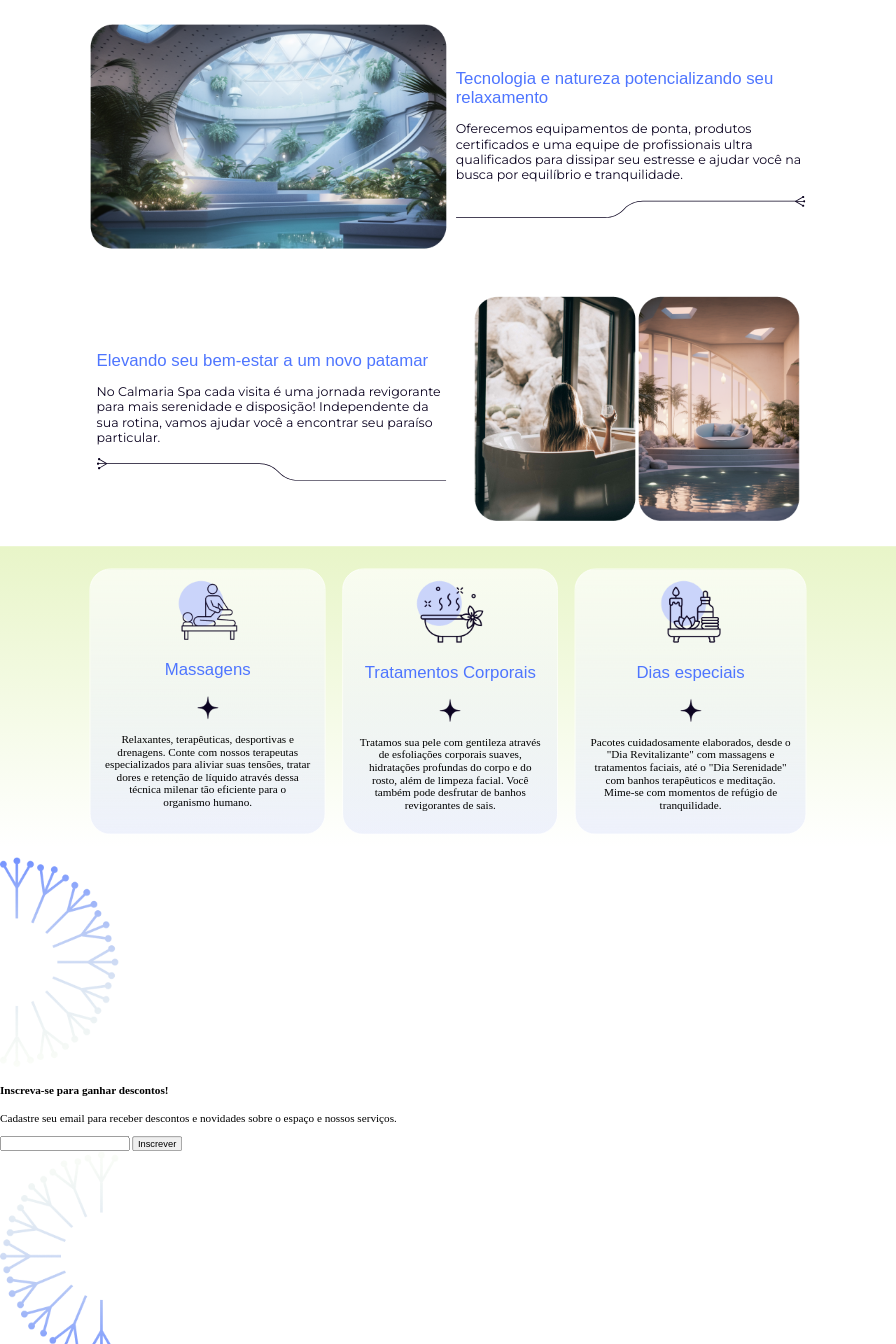
Repository: joaoPraiaJunior/curso-sass
Page: index.html
These files come from the project's save history. The page is drawn as it stood at one moment and after the next save; the edit follows.
The browser window is 1280 px wide. The pictures show the part of the page from y = 815 to 2735 px (the page is 3401 px tall), at 70% of full size.
Some web fonts or font styles are not loaded; a fallback is used. The style sheet was rebuilt from its Sass, Less or Tailwind sources for each picture, by a compiler version that may differ from the author's.

Above is the page before, as saved 2024-07-06 17:29:39.

After the next save:
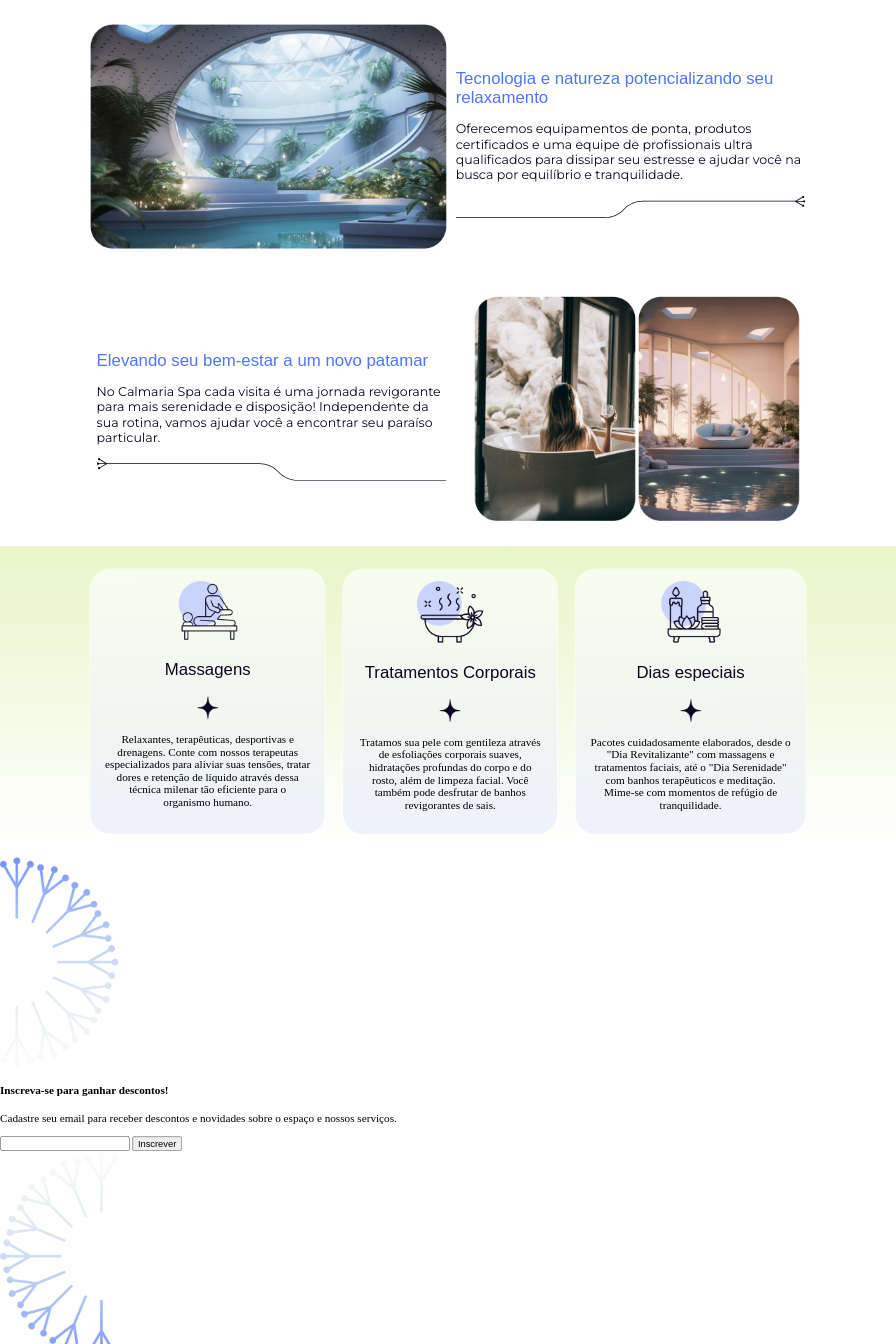
Saved 96 s later.
--- a/styles/components/_servicos.scss
+++ b/styles/components/_servicos.scss
@@ -18,7 +18,11 @@
             border-radius: 3rem;
 
             &-titulo {
-                @include mixins.estilos-fontes(variaveis.$ft-titulos, 2.4rem, variaveis.$cor-secundaria);
+                @include mixins.estilos-fontes(variaveis.$ft-titulos, 2.4rem, variaveis.$cor-primaria);
+                font-weight: 500;
+            }
+            &-textos {
+                @include mixins.estilos-fontes(variaveis.$ft-titulos, 1.6rem, variaveis.$cor-primaria);
                 font-weight: 500;
             }
         }
